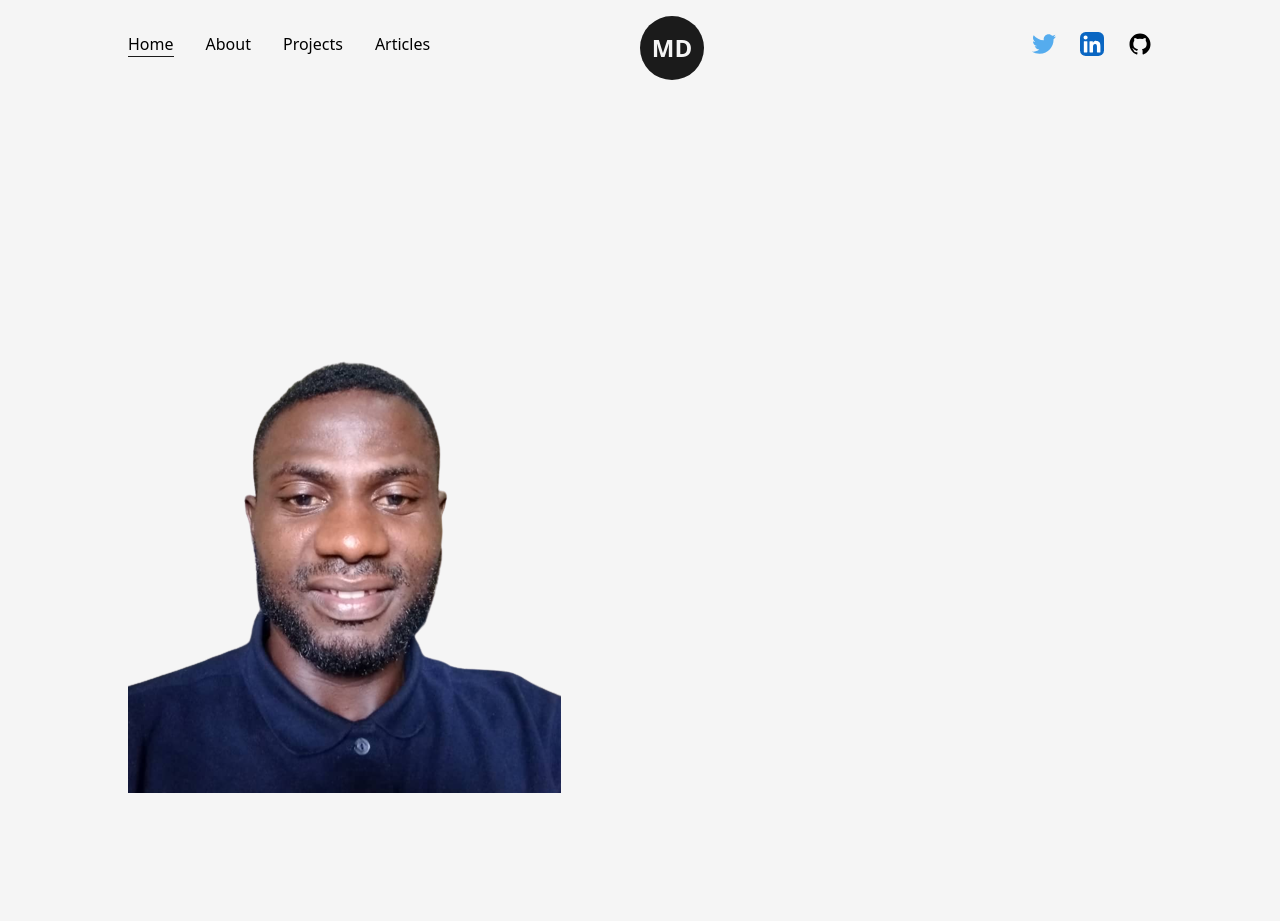
Repository: marcusdashe/situs
Page: /
These files come from the project's save history. The page is drawn as it stood at one moment and after the next save; the edit follows.
The browser window is 1280 px wide. The pictures show the whole page.
The project was rebuilt for these pictures with package versions that can differ from the ones it lists, and the page was loaded fresh each time. The framework's server and built-in components were replaced by stand-ins that run in the browser.

Above is the page before, as saved 2023-06-15 17:13:05.

### src/pages/_app.js
import Navbar from "@/components/Navbar";
import "@/styles/globals.css";
import Head from "next/head";
// import { IBM_Plex_Sans } from "next/font/google";

// const ibm = IBM_Plex_Sans({
//   subsets: ["latin"],
//   variable: "--font-mont",
// });

export default function App({ Component, pageProps }) {
  return (
    <>
      <Head>
        <meta name="viewport" content="width=device-width, initial-scale=1" />
        <link rel="icon" href="/favicon.ico" />
      </Head>
      <main className={`  bg-light w-full min-h-screen`}>
        <Navbar />
        <Component {...pageProps} />
      </main>
    </>
  );
}

### src/pages/index.js
import Head from "next/head";
import Image from "next/image";
import { Inter } from "next/font/google";
import Layout from "@/components/Layout";
import profilePic from "../../public/images/profile/developer-pic-5.png";

const inter = Inter({ subsets: ["latin"] });

export default function Home() {
  return (
    <>
      <Head>
        <title>Marcus Dashe | Portfolio</title>
        <meta name="description" content="Generated by create next app" />
      </Head>
      <main className="flex items-center text-dark w-full min-h-screen">
        <Layout>
          <div className=" w-full flex items-center justify-between">
            <div>
              <Image
                src={profilePic}
                alt="Marcus Dashe"
                className="w-full h-auto"
              />
            </div>
          </div>
        </Layout>
      </main>
    </>
  );
}

### src/components/Navbar.jsx
import React from "react";
import { useRouter } from "next/router";
import Link from "next/link";
import Logo from "./Logo";
import { TwitterIcon, GithubIcon, LinkedInIcon } from "./Icons";
import { motion } from "framer-motion";

const CustomLink = ({ href, title, className = "" }) => {
  const router = useRouter();

  return (
    <Link href={href} className={`${className} relative group`}>
      {title}
      <span
        className={`h-[1px] inline-block bg-dark absolute left-0 -bottom-0.5 group-hover:w-full transition-[width] ease duration-300 ${
          router.asPath === href ? "w-full" : "w-0"
        }`}
      >
        &nbsp;
      </span>
    </Link>
  );
};

const Navbar = () => {
  return (
    <header
      className="w-full px-32 py-8 font-medium
            flex items-center justify-between"
    >
      <nav>
        <CustomLink href="/" title="Home" className="mr-4" />
        <CustomLink href="/about" title="About" className="mx-4" />
        <CustomLink href="/projects" title="Projects" className="mx-4" />
        <CustomLink href="/articles" title="Articles" className="ml-4" />
      </nav>

      <nav className="flex items-center justify-center flex-wrap">
        <motion.a
          href="https://www.twitter.com/marcusdashe"
          target={"_blank"}
          whileHover={{
            y: -2,
          }}
          whileTap={{ scale: 0.9 }}
          className="w-6 mx-3"
        >
          <TwitterIcon className="" />
        </motion.a>
        <motion.a
          href="https://www.linkedin.com/in/marcus-dashe-15a088202"
          target={"_blank"}
          whileHover={{
            y: -2,
          }}
          whileTap={{ scale: 0.9 }}
          className="w-6 mx-3"
        >
          <LinkedInIcon />
        </motion.a>
        <motion.a
          href="https://www.github.com/marcusdashe"
          target={"_blank"}
          whileHover={{
            y: -2,
          }}
          whileTap={{ scale: 0.9 }}
          className="w-6 ml-3"
        >
          <GithubIcon />
        </motion.a>
      </nav>
      <div className="absolute left-[50%] top-2 translate-x-[-50]">
        <Logo />
      </div>
    </header>
  );
};

export default Navbar;

### src/styles/globals.css
@import url("https://fonts.googleapis.com/css2?family=IBM+Plex+Sans:ital,wght@0,100;0,200;0,300;1,100;1,200&family=Inter:wght@300;400;500;600;700;800;900&display=swap");

@tailwind base;
@tailwind components;
@tailwind utilities;

### src/components/Layout.jsx
import React from "react";

const Layout = ({ children, className = "" }) => {
  return (
    <div className={`${className} w-full inline-block z-0 bg-light p-32  `}>
      {children}
    </div>
  );
};

export default Layout;

### src/components/Logo.jsx
"use client";

import React from "react";
import Link from "next/link";
import { motion } from "framer-motion";

const MotionLink = motion(Link);

const Logo = () => {
  return (
    <div className="flex items-center justify-center mt-2">
      <MotionLink
        href="/"
        className="w-16 h-16 bg-dark text-light flex items-center
        justify-center rounded-full text-2xl font-bold hover
      "
        whileHover={{
          scale: 1.5,
          backgroundColor: [
            "#121212",
            "rgba(131,58,180,1)",
            "rgba(253,29,29,1)",
            "rgba(252,176,69,1)",
            "rgba(131,58,180,1)",
            "#121212",
          ],
          transition: {
            duration: 1,
            repeat: Infinity,
          },
        }}
      >
        MD
      </MotionLink>
    </div>
  );
};

export default Logo;

Loaded but not shown: tailwind.config.js (27 lines, source omitted); src/components/Icons.jsx (463 lines, source omitted)

After the next save:
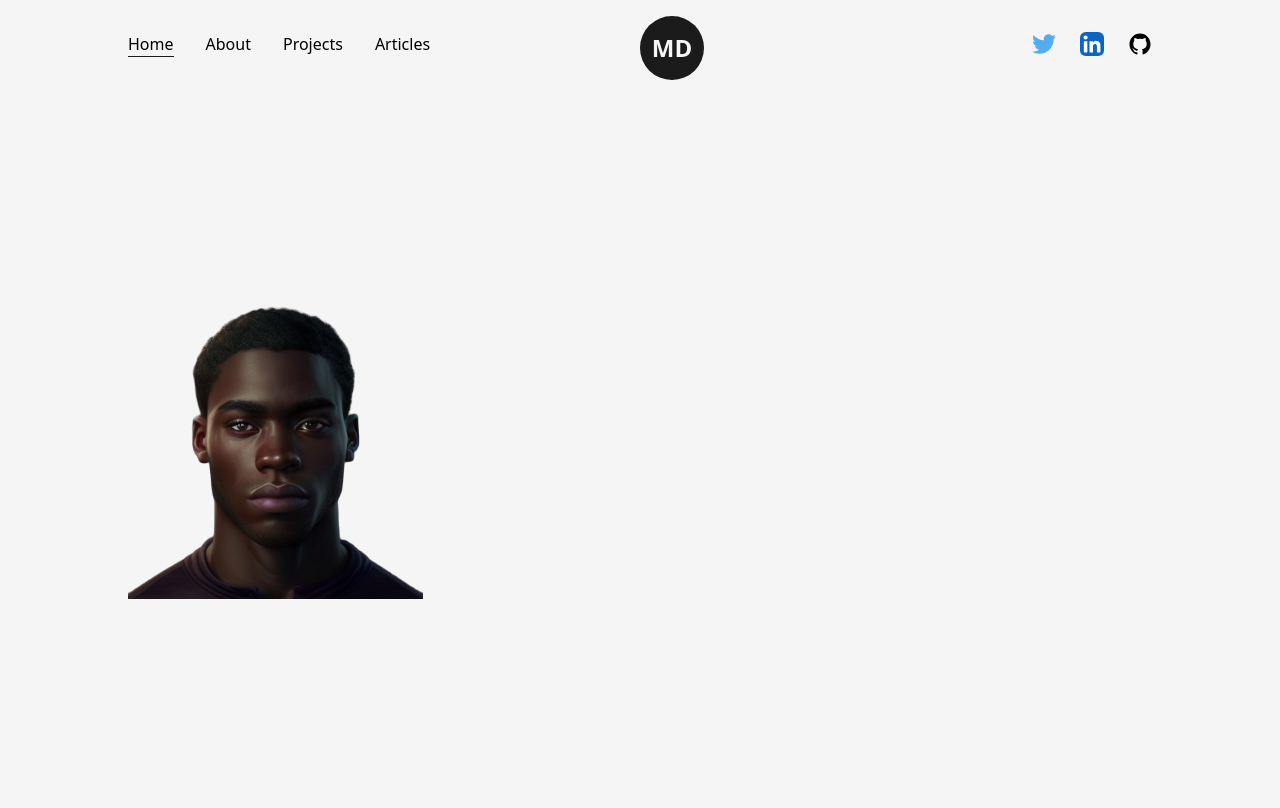
Saved 2 min 6 s later.
--- a/src/pages/index.js
+++ b/src/pages/index.js
@@ -2,7 +2,7 @@ import Head from "next/head";
 import Image from "next/image";
 import { Inter } from "next/font/google";
 import Layout from "@/components/Layout";
-import profilePic from "../../public/images/profile/developer-pic-5.png";
+import profilePic from "../../public/images/profile/developer-pic-3.png";
 
 const inter = Inter({ subsets: ["latin"] });
 
